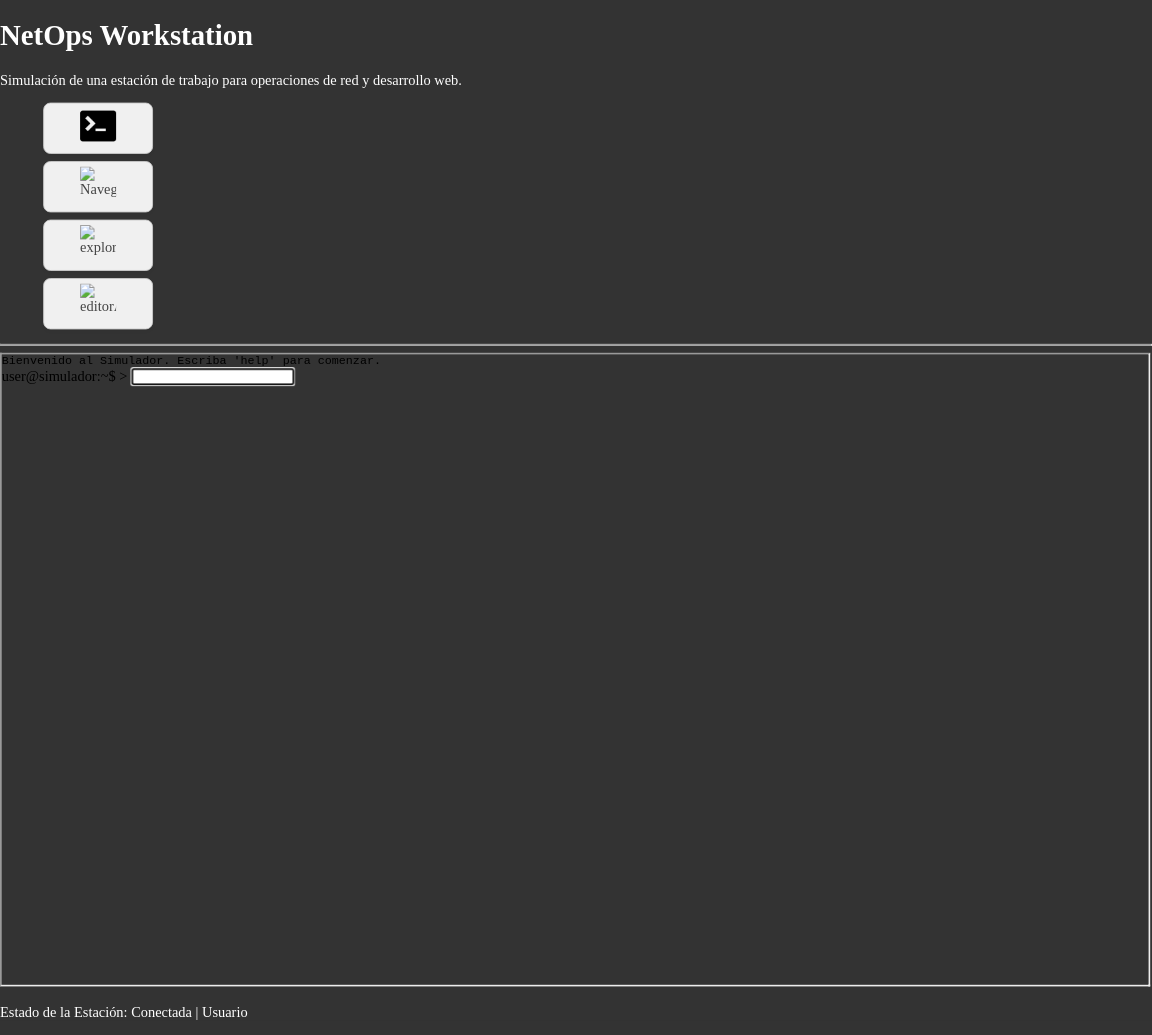
Repository: ValdezGalia/ProgramacionWebUcab
Page: lan-01.html
These files come from the project's save history. The page is drawn as it stood at one moment and after the next save; the edit follows.
The browser window is 1280 px wide. The pictures show the whole page, at 90% of full size.

Above is the page before, as saved 2025-11-13 16:26:57.

After the next save:
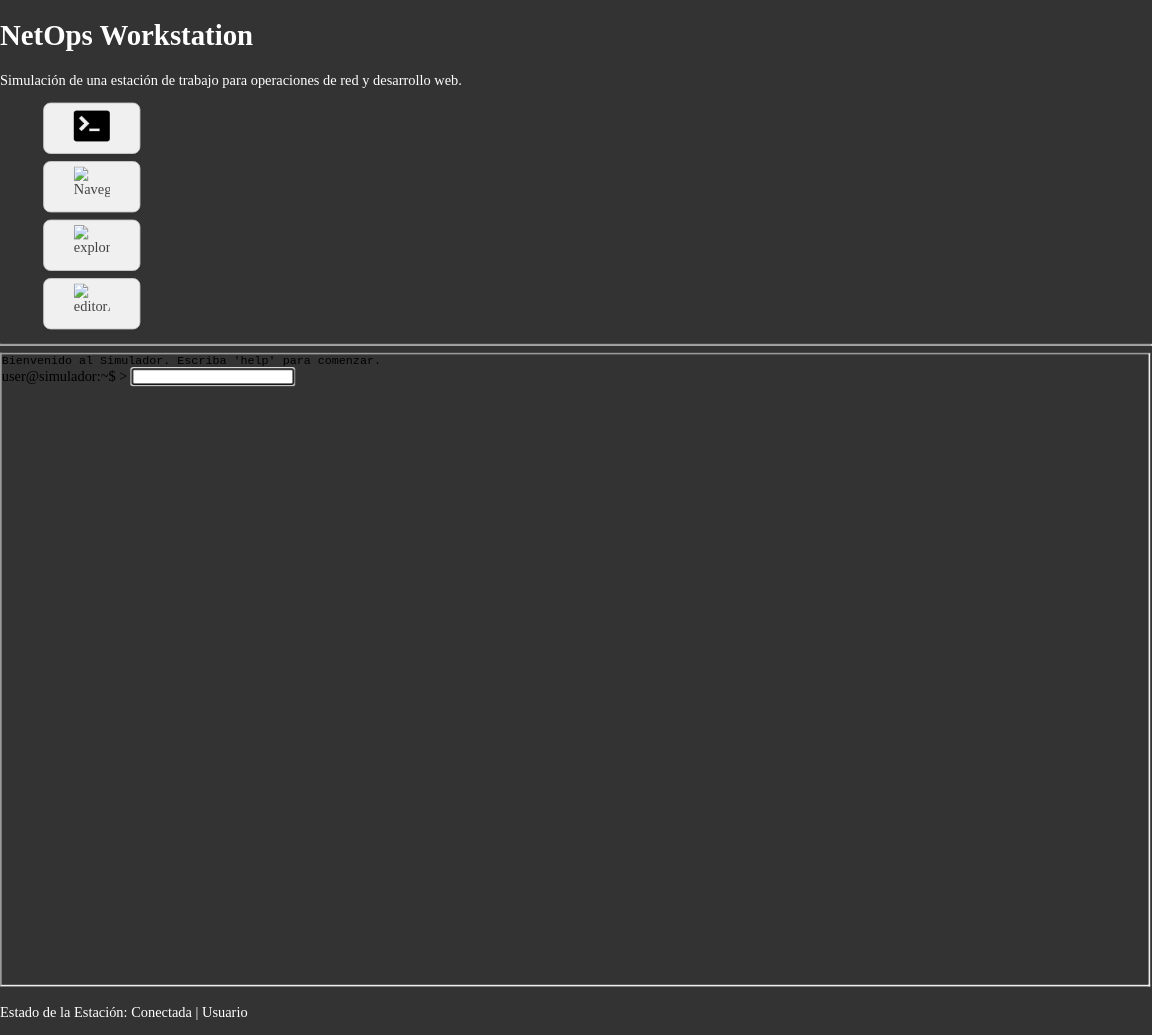
Saved 5 s later.
--- a/style/lan-01.css
+++ b/style/lan-01.css
@@ -19,7 +19,7 @@ nav ul li a {
     text-decoration: none;
     color: #444444;
     background-color: #f0f0f0;
-    padding: 5px 10px;
+    padding: 5px 3px;
     margin: 8px;
     border: 1px solid #cccccc;
     border-radius: 8px;
